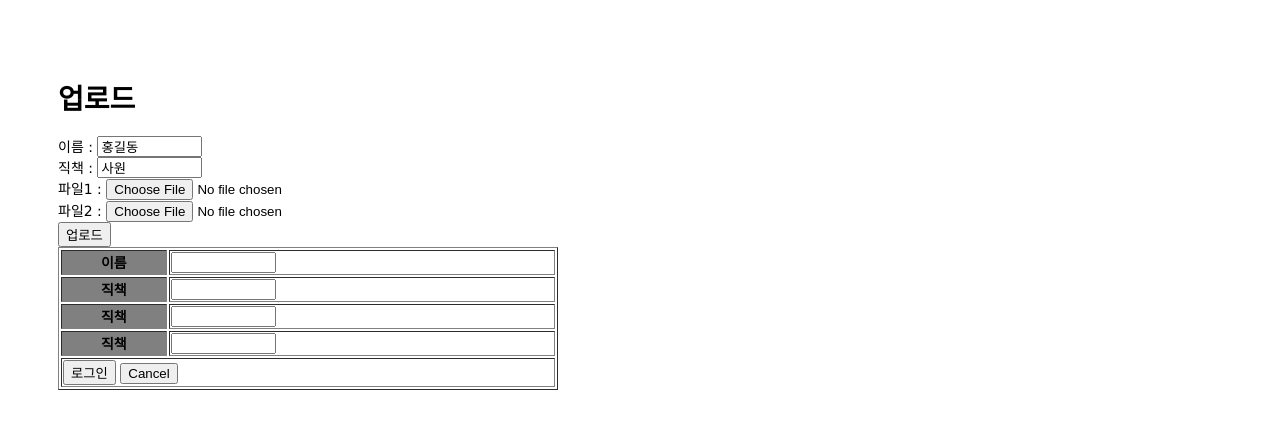
Repository: njir/nodejs
Page: http://localhost/upload
The author's editor kept a record of every edit. The page is drawn from the files as they stood at one moment, then again after the next edit.
The browser window is 1280 px wide. The pictures show the whole page.
The page is served by the project's Node server (member/app.js). Other server files are loaded and not shown.

Above is the page before.

### member/views/upload/upload.ejs
<!DOCTYPE html>
<html>
  <head>
    <meta charset="utf-8">
    <title><%= title %></title>
    <link rel='stylesheet' href='/stylesheets/style.css' />
    <style type="text/css">
	table{width: 400;}
	th{background-color: gray;}
	</style>
  </head>

  <body>
    <h1><%= title %></h1>
    <form action="/upload" method="post" enctype="multipart/form-data">
        이름 : <input type="text" name="name" value="홍길동" size="10"><br>
        직책 : <input type="text" name="job" value="사원" size="10"><br>
        파일1 : <input type="file" name="upfile1"><br>
        파일2 : <input type="file" name="upfile2"><br>
        <input type="submit" value="업로드">

    </form>

  <form action="/upload" method="post" enctype="multipart/form-data">
		<table border="1" width="500">
			<tr>
				<th>이름</th></th>
				<td><input type="text" name="name" size="10"></td>
			</tr>
			<tr>
				<th>직책</th>
				<td><input type="text" name="job" size="10"></td>
			</tr>
				<tr>
				<th>직책</th>
				<td><input type="text" name="job" size="10"></td>
			</tr>

				<tr>
				<th>직책</th>
				<td><input type="text" name="job" size="10"></td>
			</tr>

			<tr>
				<td colspan="2">
					<input type="submit" value="로그인" onclick="check()">
					<input type="reset" value="Cancel">
					</td>
				</tr>
		</table>
	</form>



  </body>
</html>

### member/app.js
var express = require('express');
var session = require('express-session');
var path = require('path');
var favicon = require('serve-favicon');
var logger = require('morgan');
var cookieParser = require('cookie-parser');
var bodyParser = require('body-parser');

var routes = require('./routes/index');
var users = require('./routes/users');


var http = require('http');
var app = express();

// view engine setup
app.set('views', path.join(__dirname, 'views'));
app.set('view engine', 'ejs');

// uncomment after placing your favicon in /public
//app.use(favicon(__dirname + '/public/favicon.ico'));
app.use(logger('dev'));
app.use(bodyParser.json());
app.use(bodyParser.urlencoded({
    extended: false
}));
app.use(cookieParser());
app.use(express.static(path.join(__dirname, 'public')));

app.use(session({
    secret: 'keyboard cat',
    resave: false,
    saveUninitialized: true
}));


app.use('/', routes);
app.use('/users', users);



// catch 404 and forward to error handler
app.use(function(req, res, next) {
    var err = new Error('Not Found');
    err.status = 404;
    next(err);
});

// error handlers

// development error handler
// will print stacktrace
if (app.get('env') === 'development') {
    app.use(function(err, req, res, next) {
        res.status(err.status || 500);
        res.render('error', {
            message: err.message,
            error: err
        });
    });
}

// production error handler
// no stacktraces leaked to user
app.use(function(err, req, res, next) {
    res.status(err.status || 500);
    res.render('error', {
        message: err.message,
        error: {}
    });
});


app.set('port', process.env.PORT || 80);

var server = app.listen(app.get('port'), function() {
    console.log('Listening on port ' + server.address().port);
});

module.exports = app;

### member/routes/index.js
var express = require('express');
var router = express.Router();
var mysql = require('mysql');
var db_member = require('../models/db_member');

/* GET home page. */
router.get('/', function(req, res) {
    //var user_id = (req.session.user_id === undefined ? 'none' : req.session.user_id);
    //res.json({user_id: user_id}); 모바일일때는
    res.render('index', {
        title: 'Express',
        user_id: req.session.user_id
    });
});

// 회원가입
router.get('/join', function(req, res) {
    res.render('joinform', {
        title: '회원 가입'
    });
});

router.post('/join', function(req, res) {
    // id, pw, name, tel, sex, email, age, regday, upday, del_yn
    var id = req.body.id;
    var pw = req.body.pw;
    var name = req.body.name;
    var sex = req.body.sex; //넘어오는 모든 값은 string임.
    sex = parseInt(req.body.sex, 10);
    var tel = req.body.t1 + '-' + req.body.t2 + '-' + req.body.t3;
    var age = req.body.age;
    age = parseInt(req.body.age, 10);
    var email = req.body.email;
    var datas = [id, pw, name, tel, sex, email, age];

    db_member.join(datas, function(success) {
        if (success) {
            // res.json({result:'success'}); 모바일일 경우
            res.redirect('/login');
        }
        else {
            // res.json({result:'fail'}); 모바일일 경우
            res.send('<script>alert("오류가 발생해서 되돌아갑니다.");history.back();</script>');
        }

    });
});

// 로그인
router.get('/login', function(req, res) {
    //console.log('req.session.id', req.session.id);
    res.render('loginform', {
        title: '로그인'
    });
});

router.post('/login', function(req, res) {
    var id = req.body.id;
    var pw = req.body.pw;
    var datas = [id, pw];

    db_member.login(datas, function(cnt) {
        if (cnt === 1) {
            //res.json({result: 'success'}); 모바일일경우
            req.session.user_id = id; //세션은 변수로 존재하고있음. 그냥 사용하면 됨
            res.send('<script>location.href="/";</script>');
        }
        else {
            //res.json({result: 'fail'}); 모바일일경우
            res.send('<script>alert("ID/패스워드를 확인하세요.");history.back();</script>');
        }
    });
});

//  로그아웃
router.get('/logout', function(req, res) {
    req.session.destroy(function(err) {
        if (err) {
            console.error('session destroy error', err);
        }
        res.send('<script>alert("로그아웃되었습니다.");location.href="/";</script>');

    });
});


//업로드
router.get('/upload', function(req, res) {
    res.render('upload/upload', {
        title: '업로드'
    });
});

router.post('/upload', function(req, res) {
    console.log('req.body', req.body);
    console.log('req.files', req.files);
    res.send('/');
});


module.exports = router;

Loaded but not shown: member/public/stylesheets/style.css (common file)

After the next edit:
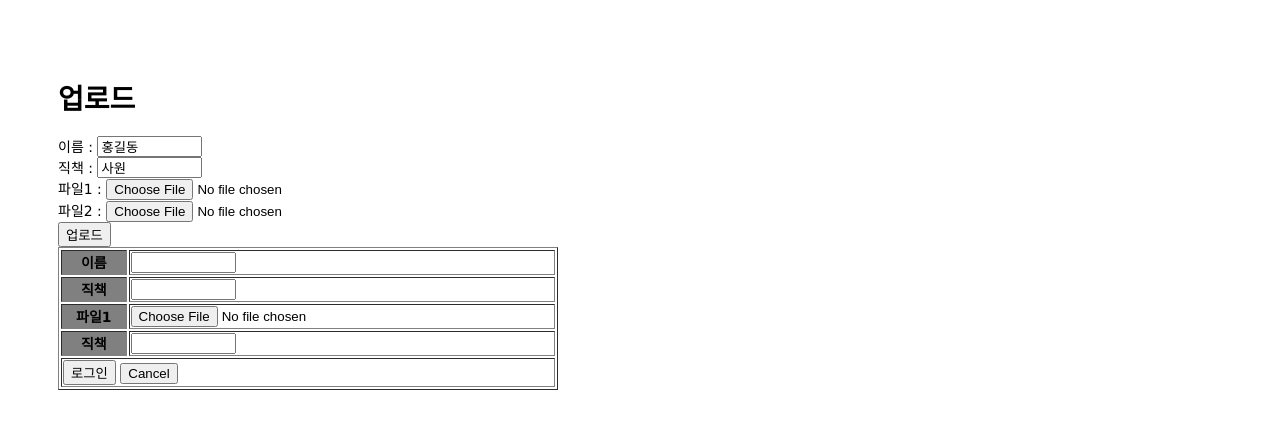
The edit:
--- a/member/views/upload/upload.ejs
+++ b/member/views/upload/upload.ejs
@@ -32,8 +32,8 @@
 				<td><input type="text" name="job" size="10"></td>
 			</tr>
 				<tr>
-				<th>직책</th>
-				<td><input type="text" name="job" size="10"></td>
+				<th>파일1</th>
+				<td><input type="file" name="upfile1"></td>
 			</tr>
 
 				<tr>
